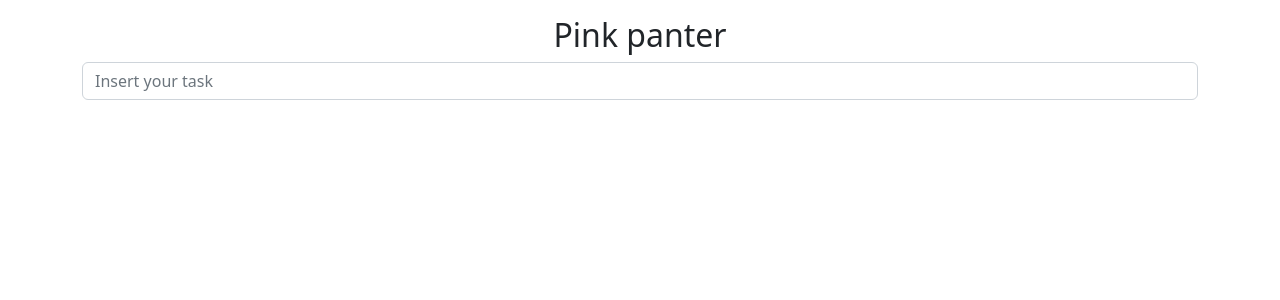
Repository: Wladomax/todo-vue
Page: /
The author's editor kept a copy of each file at every save. The page is drawn from the files as they stood at one save, then again after the next save.
The browser window is 1280 px wide. The pictures show the whole page.
The project was rebuilt for these pictures with package versions that can differ from the ones it lists, and the page was loaded fresh each time. Also part of the build but not shown: vue.config.js.

Above is the page before, as saved 2023-01-01 11:33:16.

### src/main.js
import { createApp } from "vue";
import App from "./App.vue";
import "bootstrap/dist/css/bootstrap.min.css";

createApp(App).mount("#app");

### src/App.vue
<template>
  <div>
    <ToDo></ToDo>
  </div>
</template>

<script>
import ToDo from "./components/ToDo.vue";

export default {
  name: "App",
  components: {
    ToDo,
  },
};
</script>

<style></style>

### src/components/ToDo.vue
<template>
  <div class="container">
    <h2 class="text-center mt-3">Pink panter</h2>
    <div class="d-flex">
      <input type="text" placeholder="Insert your task" class="form-control" />
    </div>
  </div>
</template>

<script>
export default {
  name: "ToDo",
  props: {
    msg: String,
  },
};
</script>

<style scoped></style>

Loaded but not shown: public/index.html (common file)

After the next save:
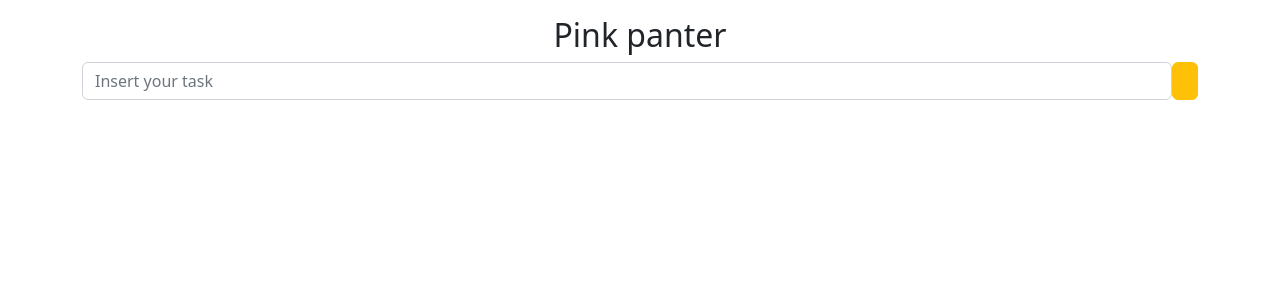
Saved 56 s later.
--- a/src/components/ToDo.vue
+++ b/src/components/ToDo.vue
@@ -3,6 +3,7 @@
     <h2 class="text-center mt-3">Pink panter</h2>
     <div class="d-flex">
       <input type="text" placeholder="Insert your task" class="form-control" />
+      <button class="btn btn-warning"></button>
     </div>
   </div>
 </template>
